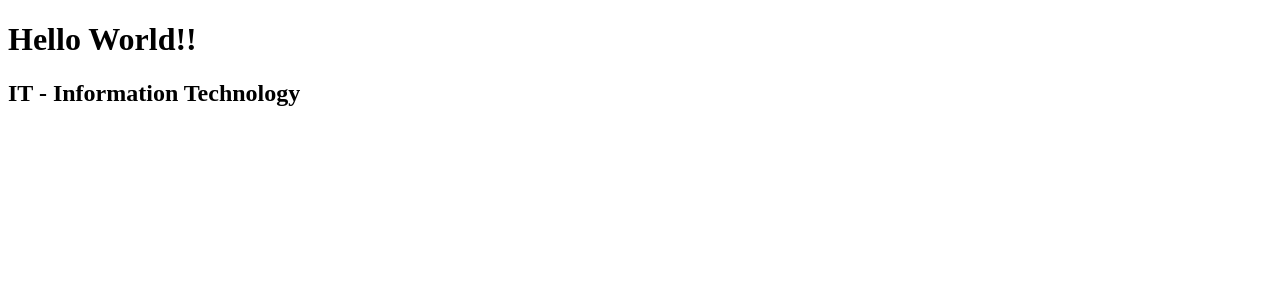
Repository: HigorRoc/Uninove_2021.1_AplicacaoWebQuarta
Page: usersManager/WebContent/helloWorld.html
The author's editor kept a copy of each file at every save. The page is drawn from the files as they stood at one save, then again after the next save.
The browser window is 1280 px wide. The pictures show the whole page.

Above is the page before, as saved 2021-04-29 00:19:01.

### usersManager/WebContent/helloWorld.html
<!DOCTYPE html>
<html>
	<head>
		<meta charset="UTF-8"> <!-- ISO-8859-1 -->
		<title>Hello World</title>
	</head>
	<body>

		<h1>Hello World!!</h1>
		<h2>IT - Information Technology</h2>

	</body>
</html>

After the next save:
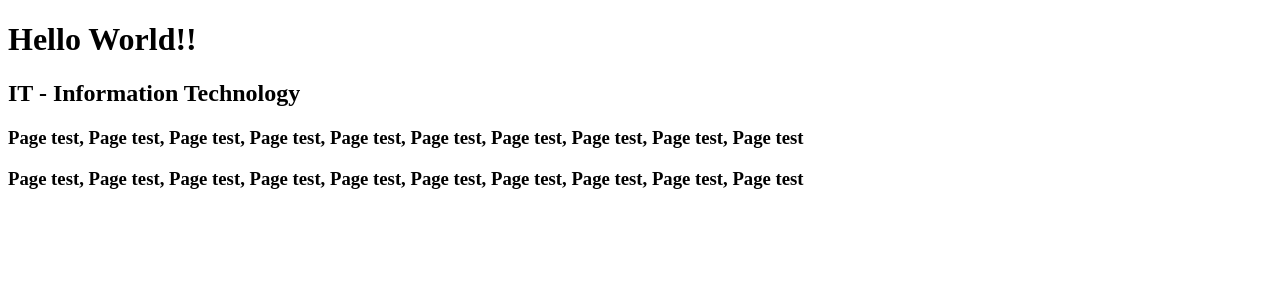
Saved 32 min 46 s later.
--- a/usersManager/WebContent/helloWorld.html
+++ b/usersManager/WebContent/helloWorld.html
@@ -8,6 +8,7 @@
 
 		<h1>Hello World!!</h1>
 		<h2>IT - Information Technology</h2>
-
+		<h3>Page test, Page test, Page test, Page test, Page test, Page test, Page test, Page test, Page test, Page test</h3>
+		<h3>Page test, Page test, Page test, Page test, Page test, Page test, Page test, Page test, Page test, Page test</h3>
 	</body>
 </html>
